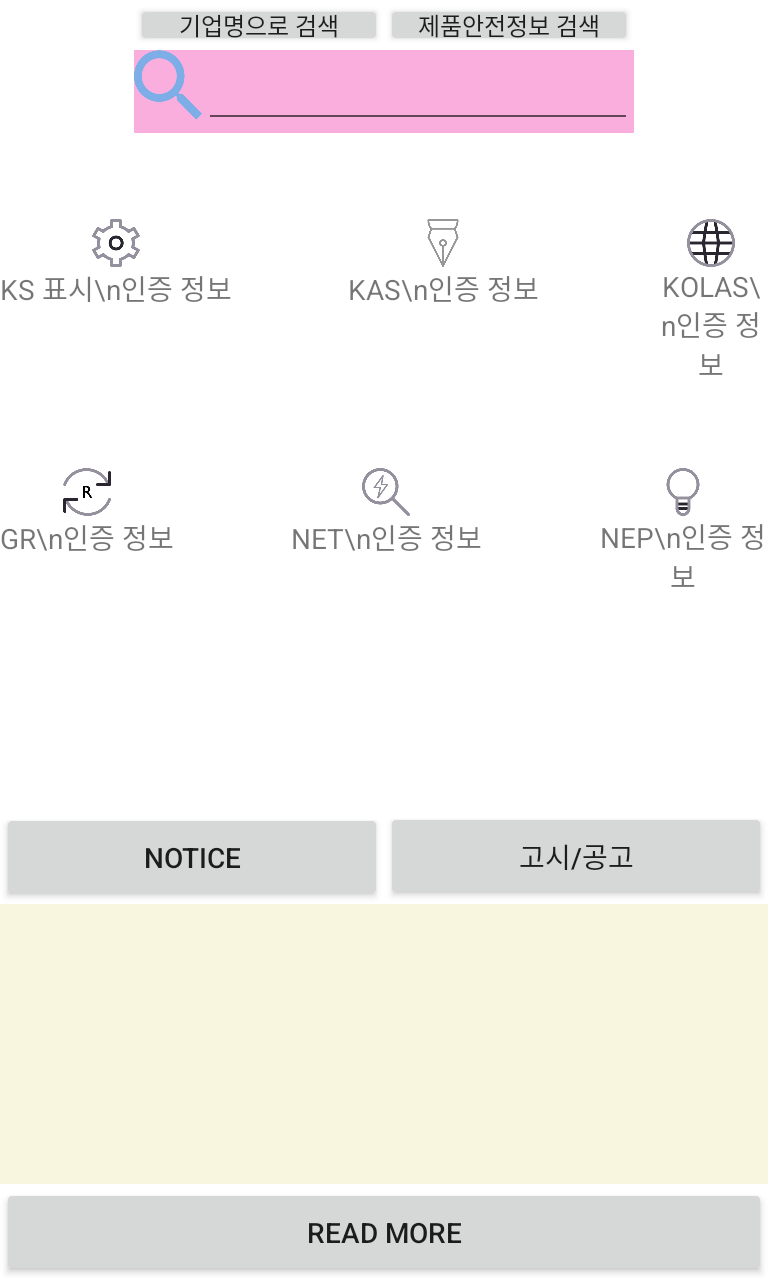
Repository: team-peony/ccfinder
Layout: android/CertifiedCompanyFinder/res/layout/fragment_main.xml
An editor plug-in stored every save of this project. The layout is shown before and after the next save, followed by the edit.
It is drawn on a 768 x 1280 px phone screen (xhdpi) without system bars, with theme AppTheme; the app's code is not run. Lists and similar views that code fills are empty.

Above is the layout before, as saved 2015-02-19 10:30:50.

After the next save:
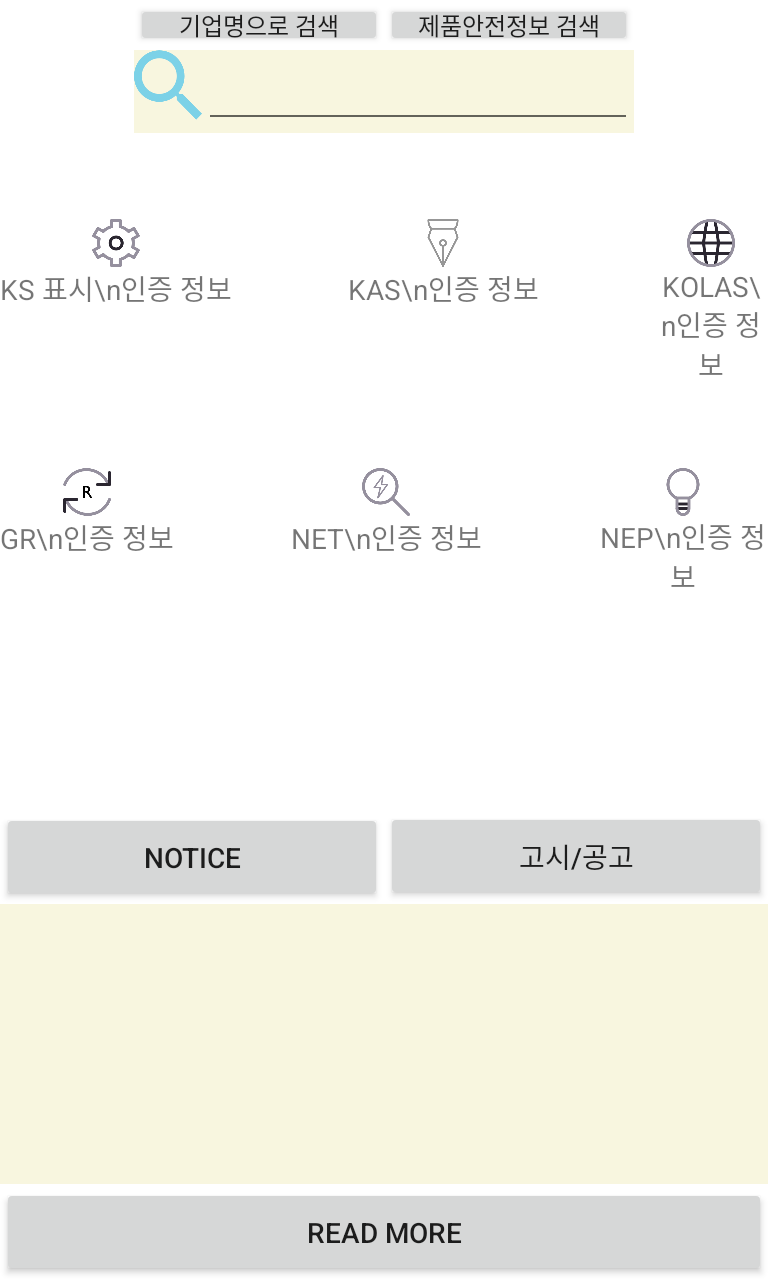
Saved 22 s later.
--- a/android/CertifiedCompanyFinder/res/values/colors.xml
+++ b/android/CertifiedCompanyFinder/res/values/colors.xml
@@ -1,5 +1,5 @@
 <?xml version="1.0" encoding="utf-8"?>
 <resources>
-    <color name="cc_color_bage">#faaede</color>
+    <color name="cc_color_bage">#F8F6DF</color>
 
 </resources>
